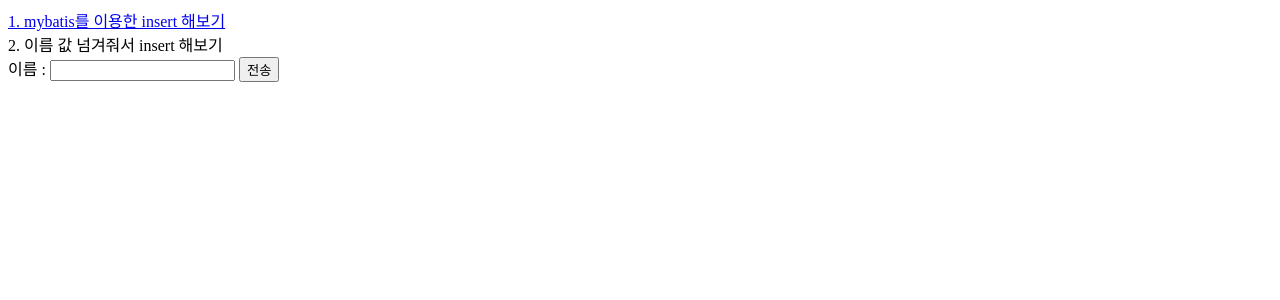
Repository: choo93/webworkspace3
Page: webworkspace3/mybatis01/WebContent/index.html
The author's editor kept a copy of each file at every save. The page is drawn from the files as they stood at one save, then again after the next save.
The browser window is 1280 px wide. The pictures show the whole page.

Above is the page before, as saved 2018-06-26 08:08:03.

### webworkspace3/mybatis01/WebContent/index.html
<!DOCTYPE html>
<html>
<head>
<meta charset="UTF-8">
<title>Insert title here</title>
</head>
<body>
<a href="/mybatisTest1">1. mybatis를 이용한 insert 해보기</a><br>
2. 이름 값 넘겨줘서 insert 해보기
<form action="/mybatisTest2">
	이름 : <input type="text" name="studentName" />
	<input type="submit" value="전송" />
</form>
</body>
</html>

After the next save:
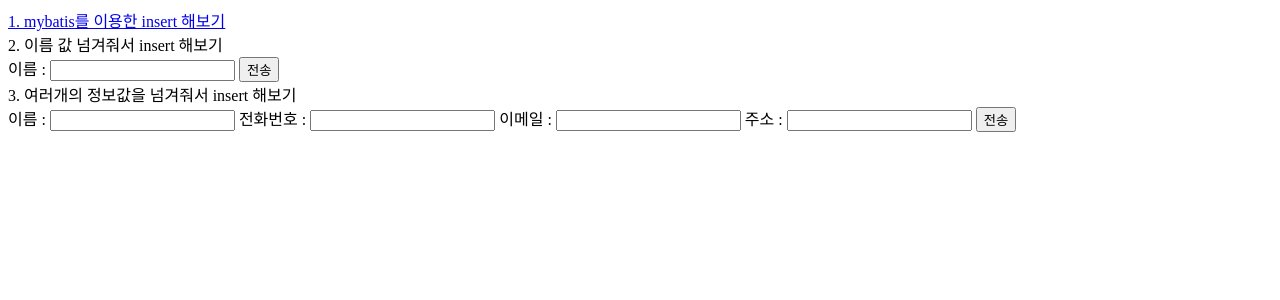
Saved 5 min 21 s later.
--- a/webworkspace3/mybatis01/WebContent/index.html
+++ b/webworkspace3/mybatis01/WebContent/index.html
@@ -11,5 +11,13 @@
 	이름 : <input type="text" name="studentName" />
 	<input type="submit" value="전송" />
 </form>
+3. 여러개의 정보값을 넘겨줘서 insert 해보기
+<form action="/mybatisTest3">
+	이름 : <input type="text" name="studentName" />
+	전화번호 : <input type="text" name="studentTel" />
+	이메일 : <input type="text" name="studentEmail" />
+	주소 : <input type="text" name="studentAddr" />
+	<input type="submit" value="전송" />
+</form>
 </body>
 </html>
